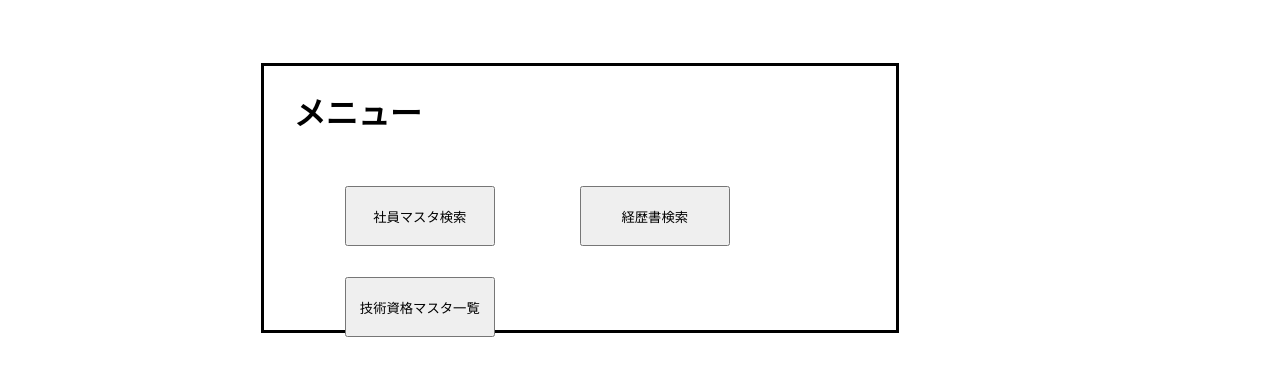
Repository: nguyenvantandev/WebApp
Page: http://localhost/EmployeeInfoSystem/Menu.jsp
An editor plug-in stored every save of this project. The page is shown before and after the next save, followed by the edit.
The browser window is 1280 px wide. The pictures show the whole page.
Some web libraries are served in a nearby version. The page is served by Tomcat 9. Other server files are loaded and not shown.

Above is the page before, as saved 2016-06-06 04:32:44.

### EmployeeInfoSystem/WebContent/Menu.jsp
<%@ page language="java" contentType="text/html; charset=UTF-8"
    pageEncoding="UTF-8"%>
<!DOCTYPE html PUBLIC "-//W3C//DTD HTML 4.01 Transitional//EN" "http://www.w3.org/TR/html4/loose.dtd">
<html>
<head>
<meta http-equiv="Content-Type" content="text/html; charset=UTF-8">
<link rel="stylesheet" type="text/css" href="css/Menu.css">
<!-- <script type="text/javascript" src="js/.js"></script> -->
<script type="text/javascript" src="http://code.jquery.com/jquery-1.10.1.min.js"></script>
<title>メニュー画面</title>
</head>
<body>
<div>
<h1>メニュー</h1>
<input type="button" id="employeeSearch" name="employeeSearch" value="社員マスタ検索">
<input type="button" id="resumeSearch" name="resumeSearch" value="経歴書検索">
<input type="button" id="skillList" name="skillList" value="技術資格マスタ一覧">
</div>

</body>
</html>

### EmployeeInfoSystem/WebContent/css/Menu.css
@CHARSET "UTF-8";

div {
	    margin-left: 20%;
    margin-top: 5%;
    margin-right: 20%;
     border-style: solid;
     height: 264px;
    width: 50%;
}

#employeeSearch, #resumeSearch, #skillList{
	margin-top: 31px;
	    margin-left: 81px;
    height: 60px;
    width: 150px;

}
h1{
	    margin-left: 30px;
}

After the next save:
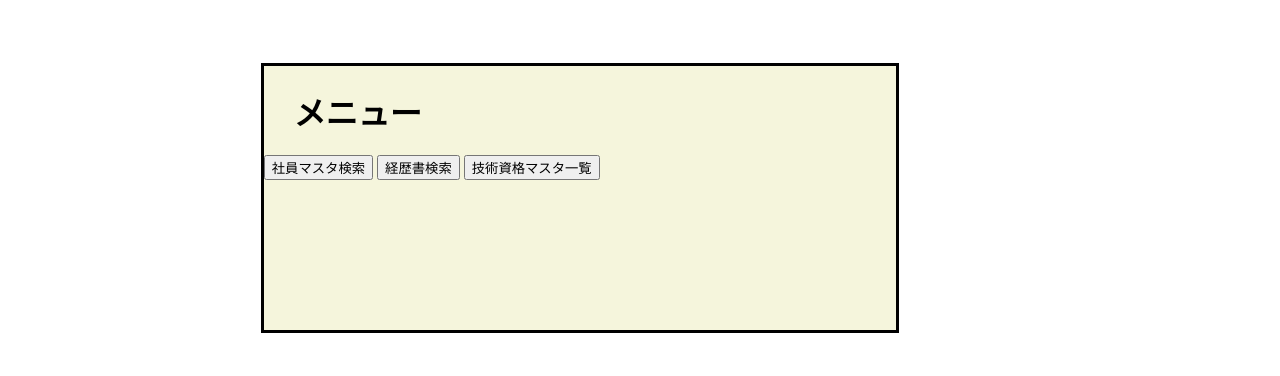
Saved 68 s later.
--- a/EmployeeInfoSystem/WebContent/css/Menu.css
+++ b/EmployeeInfoSystem/WebContent/css/Menu.css
@@ -1,12 +1,15 @@
 @CHARSET "UTF-8";
 
 div {
+
 	    margin-left: 20%;
     margin-top: 5%;
     margin-right: 20%;
      border-style: solid;
      height: 264px;
     width: 50%;
+    background-color: beige;
+}
 }
 
 #employeeSearch, #resumeSearch, #skillList{
